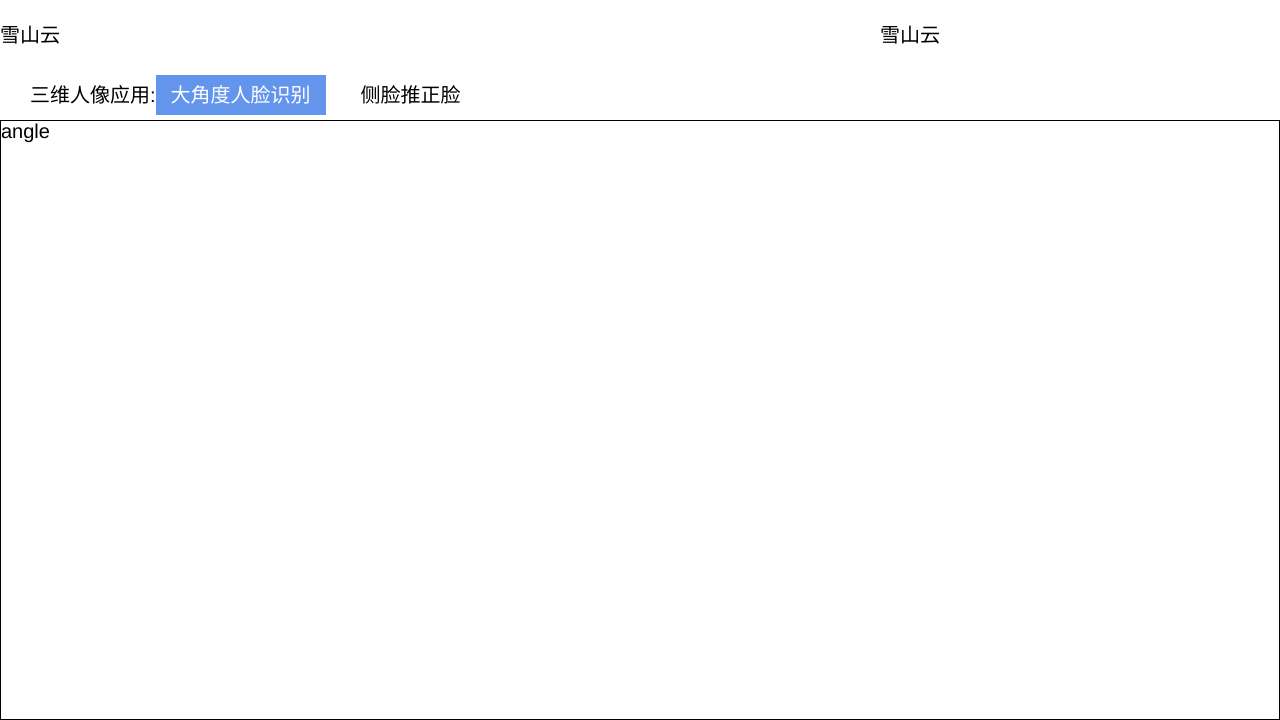
Repository: fyt2020/pubilcDemlo
Page: /
An editor plug-in stored every save of this project. The page is shown before and after the next save, followed by the edit.
The browser window is 1280 px wide. The pictures show the whole page.
The project was rebuilt for these pictures with package versions that can differ from the ones it lists, and the page was loaded fresh each time.

Above is the page before, as saved 2020-04-27 12:18:24.

After the next save:
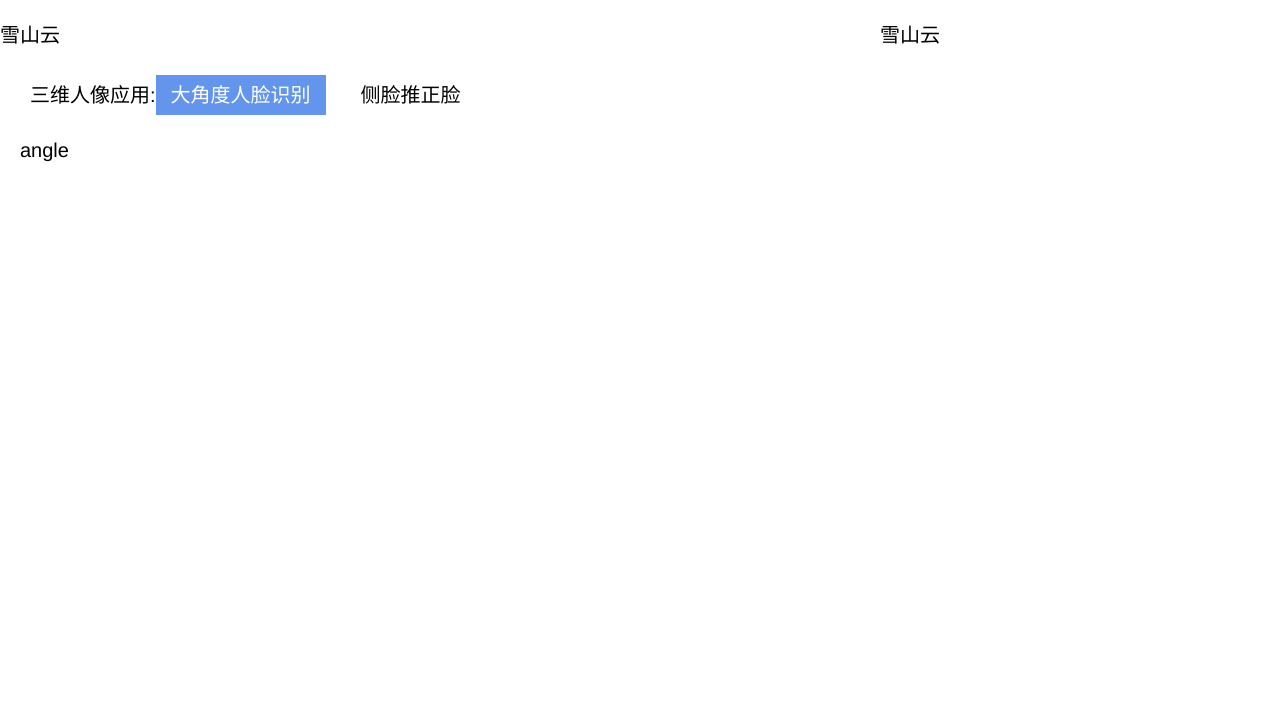
Saved 21 s later.
--- a/src/assets/css/home.scss
+++ b/src/assets/css/home.scss
@@ -30,7 +30,6 @@
         box-sizing: border-box;
         padding: 0 30px;
         &__item{
-
             height: 40px;
             line-height: 40px;
             box-sizing: border-box;
@@ -48,6 +47,6 @@
     .content{
         height: calc(100% - 120px);
         width: 100%;
-        border: 1px solid black;
+        padding: 20px;
     }
 }
